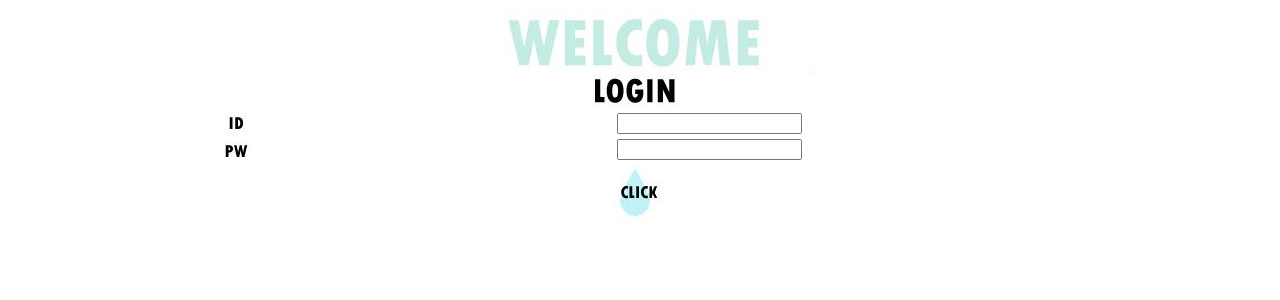
Repository: kminjoo/Making-website-using-JSP
Page: http://localhost/website_project/SessionMemberLogin.jsp
These files come from the project's save history. The page is drawn as it stood at one moment and after the next save; the edit follows.
The browser window is 1280 px wide. The pictures show the whole page.
The page is served by Tomcat 9.

Above is the page before, as saved 2015-07-21 12:19:00.

After the next save:
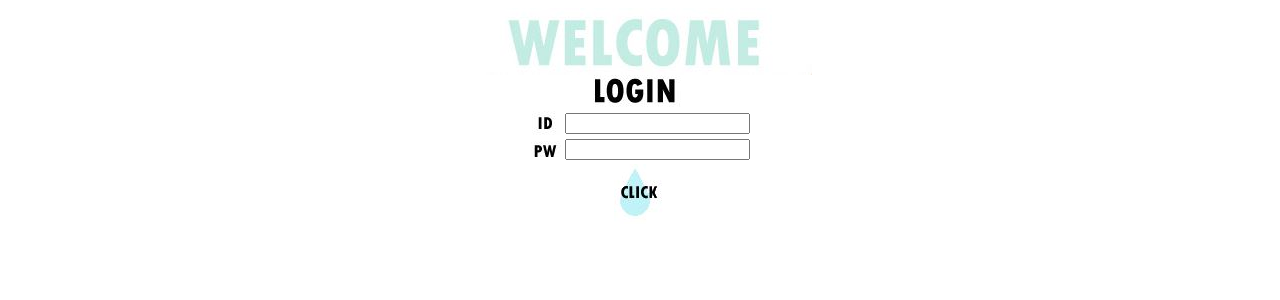
Saved 52 s later.
--- a/website_project/WebContent/SessionMemberLogin.jsp
+++ b/website_project/WebContent/SessionMemberLogin.jsp
@@ -25,7 +25,7 @@
 	<img src = "<%= request.getContextPath() %>/images/login.JPG"/>
 </div>
 <form name="loginform" method="post" action="SessionMemberloginOk.jsp">
-<table width="75%" align="center">
+<table align="center">
 
 <tr>
 	<td><div align="center"><img src = "<%= request.getContextPath() %>/images/id.JPG"/></div></td>
